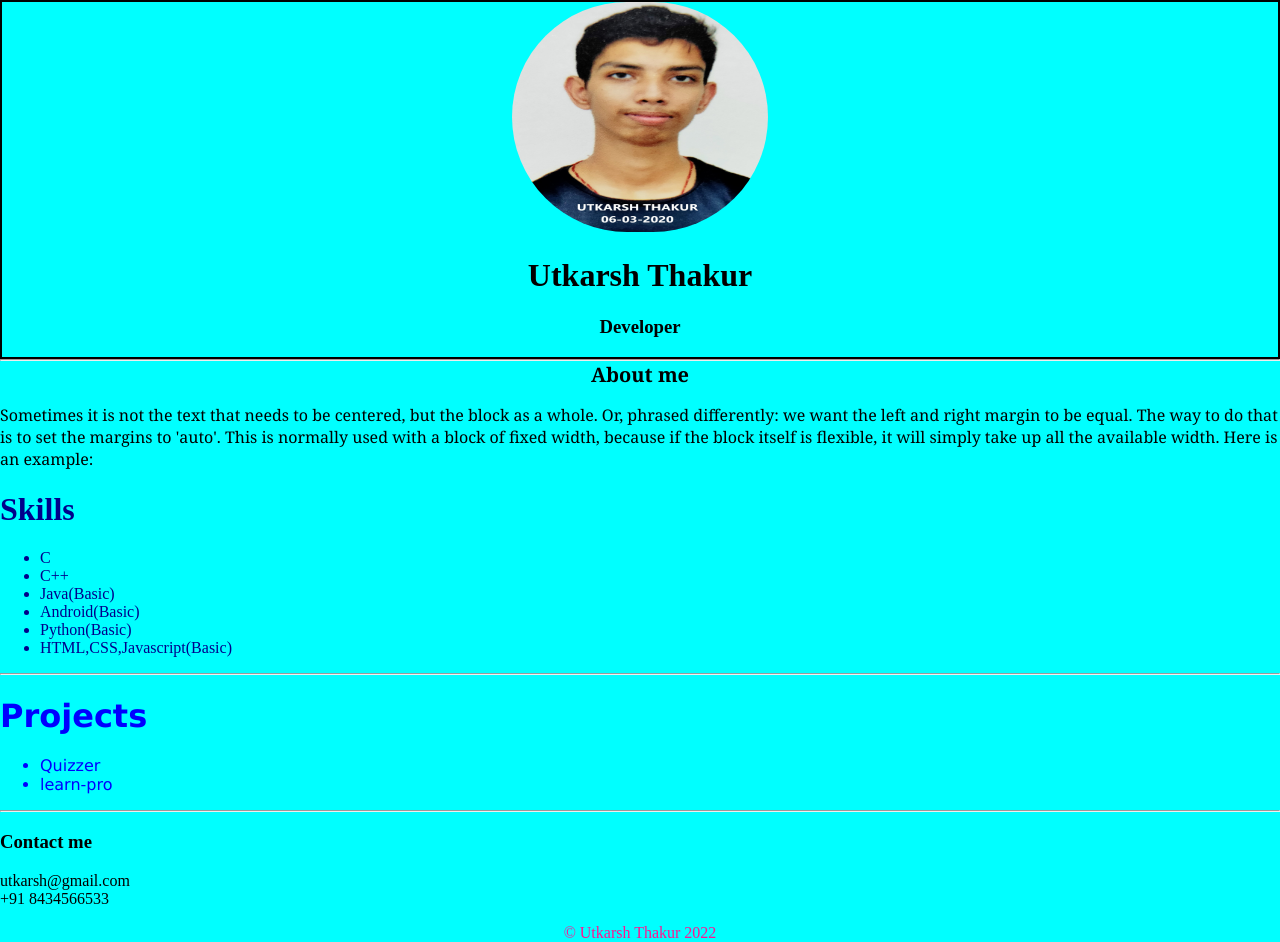
Repository: UtkarshThakur321/Utkarsh-Thakur-Profile
Page: index.html
An editor plug-in stored every save of this project. The page is shown before and after the next save, followed by the edit.
The browser window is 1280 px wide. The pictures show the whole page.

Above is the page before, as saved 2022-01-18 22:26:41.
Not found: main.js

After the next save:
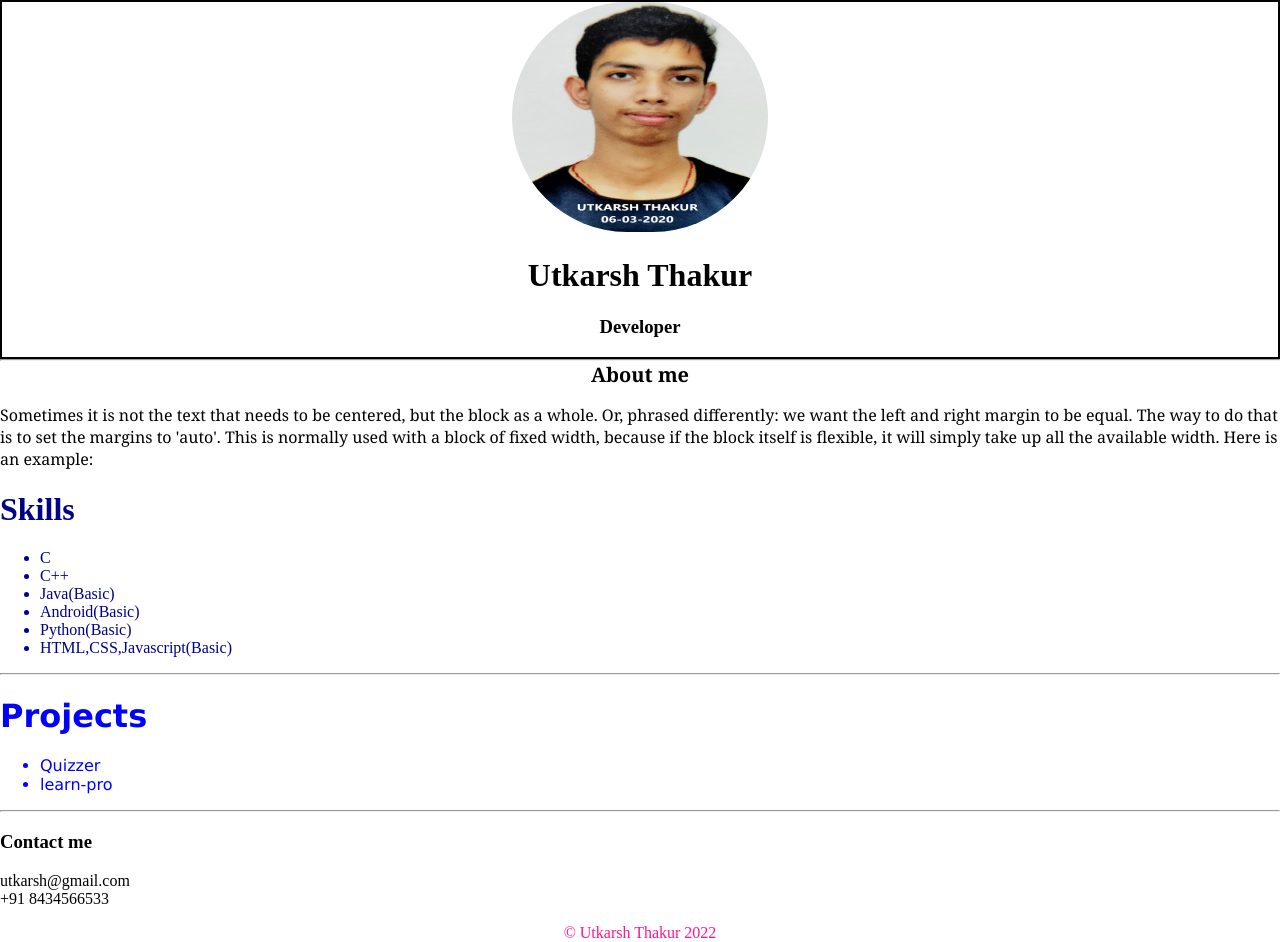
Saved 13 s later.
--- a/index.css
+++ b/index.css
@@ -1,7 +1,7 @@
 body{
     width:100%;
     margin:0px;
-    background-color:aqua
+
 
 }
 #intro{
